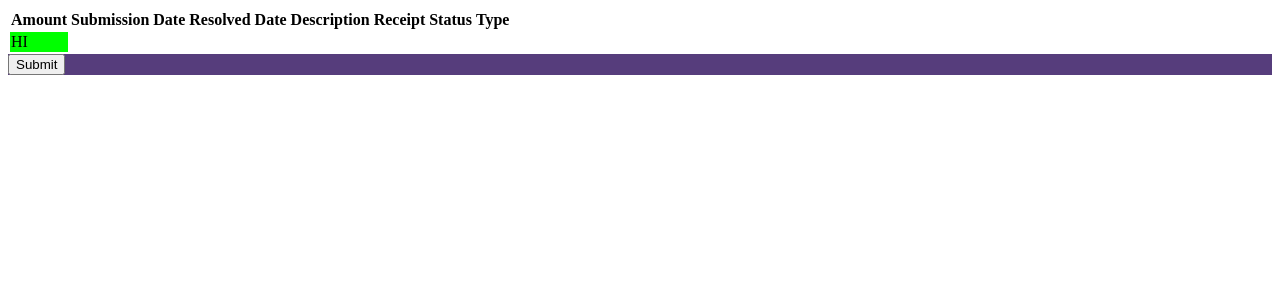
Repository: AlexHajek93/Workspace
Page: http://localhost/ERS_Web/Test.jsp
The author's editor kept a copy of each file at every save. The page is drawn from the files as they stood at one save, then again after the next save.
The browser window is 1280 px wide. The pictures show the whole page.
The page is served by Tomcat 9. Other server files are loaded and not shown.

Above is the page before, as saved 2016-08-11 23:08:49.

### ERS_Web/WebContent/Test.jsp
<%@ page language="java" contentType="text/html; charset=ISO-8859-1"
    pageEncoding="ISO-8859-1"%>
<!DOCTYPE html PUBLIC "-//W3C//DTD HTML 4.01 Transitional//EN" "http://www.w3.org/TR/html4/loose.dtd">
<html>
<head>
<meta http-equiv="Content-Type" content="text/html; charset=ISO-8859-1">
<title>Insert title here</title>
</head>
<body>
	<table>
		<tr style=""><th>Amount</th>
		<th>Submission Date</th>
		<th>Resolved Date</th>
		<th>Description</th>
		<th>Receipt</th>
		<th>Status</th>
		<th>Type</th></tr>
		<tr style="background-color:lime;"><td>HI</td></tr>
	</table>
	<form action="test.do" method="post" style="color:#fff; background-color: #563d7c; border-color: #563d7c;"><input type="submit"/></form>
</body>
</html>

After the next save:
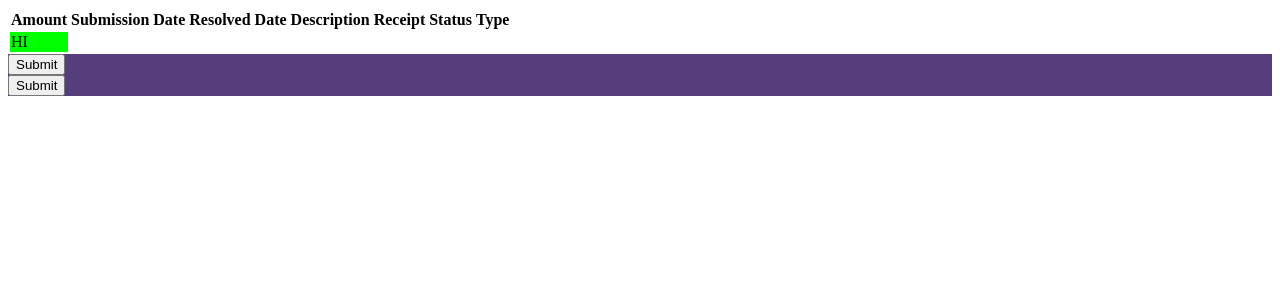
Saved 9 min 5 s later.
--- a/ERS_Web/WebContent/Test.jsp
+++ b/ERS_Web/WebContent/Test.jsp
@@ -18,5 +18,6 @@
 		<tr style="background-color:lime;"><td>HI</td></tr>
 	</table>
 	<form action="test.do" method="post" style="color:#fff; background-color: #563d7c; border-color: #563d7c;"><input type="submit"/></form>
+	<form action="test.do" method="post" style="color:#fff; background-color: #563d7c; border-color: #563d7c;"><input type="submit"/></form>
 </body>
 </html>
